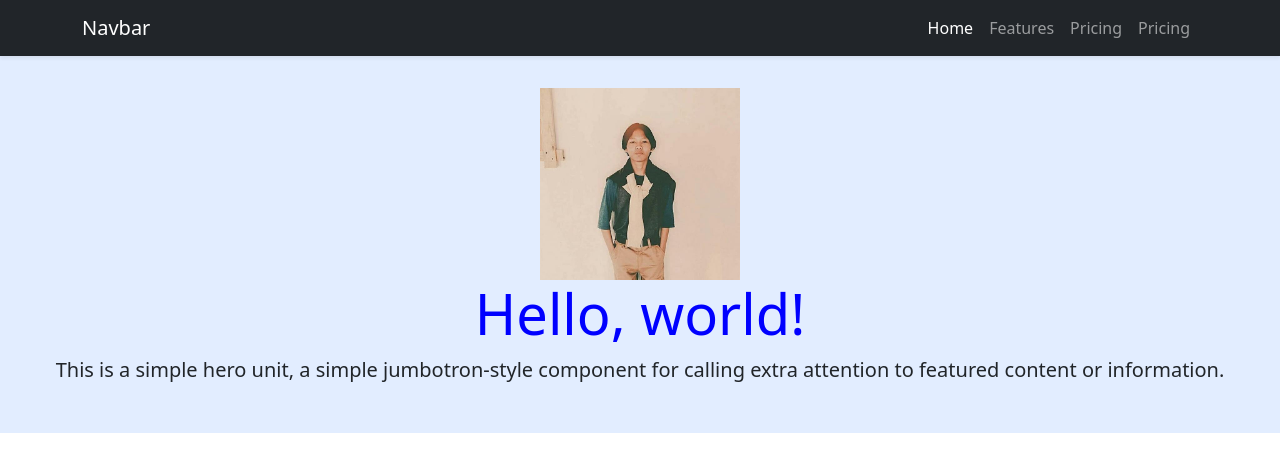
Repository: Novemberdad/gemilangtech.github.io
Page: index.html
These files come from the project's save history. The page is drawn as it stood at one moment and after the next save; the edit follows.
The browser window is 1280 px wide. The pictures show the whole page.

Above is the page before, as saved 2021-07-20 23:34:16.

After the next save:
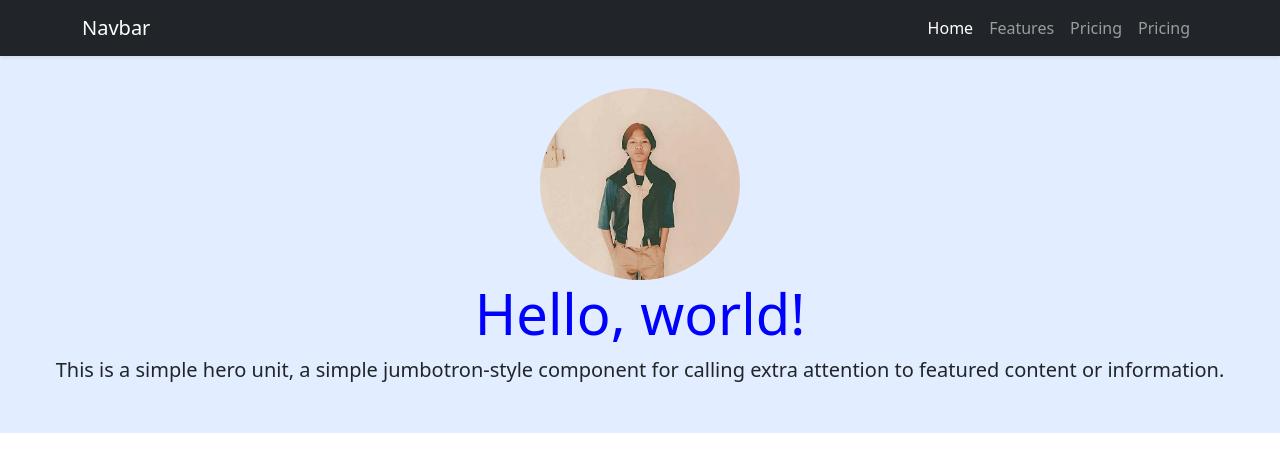
Saved 54 s later.
--- a/index.html
+++ b/index.html
@@ -50,7 +50,7 @@
 
     <!--jumbortron-->
     <section class="jumbotron text-center">
-        <img src="image/logo.jpg" alt="logo" width="200" />
+        <img src="image/logo.jpg" alt="logo" width="200" class="rounded-circle" />
         <h1 class="display-4">Hello, world!</h1>
         <p class="lead">This is a simple hero unit, a simple jumbotron-style component for calling extra attention to featured content or information.</p>
     </section>
